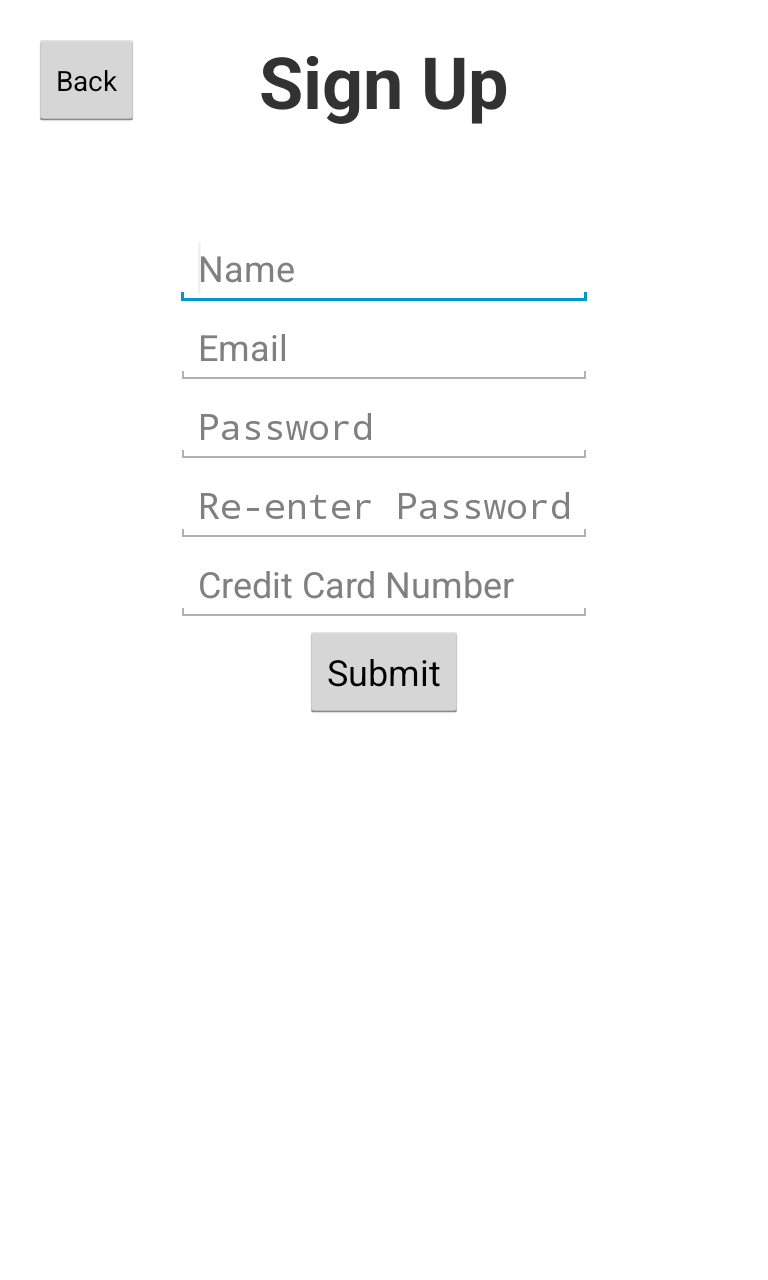
Repository: PotatoBiscuit/Thirstbuster
Layout: MobApp/workspace/DrinkAndGo/res/layout/activity_sign_up.xml
An editor plug-in stored every save of this project. The layout is shown before and after the next save, followed by the edit.
It is drawn on a 768 x 1280 px phone screen (xhdpi) without system bars, with theme AppTheme; the app's code is not run.

Above is the layout before, as saved 2016-04-17 10:37:11.

### MobApp/workspace/DrinkAndGo/res/layout/activity_sign_up.xml
<LinearLayout xmlns:android="http://schemas.android.com/apk/res/android"
    xmlns:tools="http://schemas.android.com/tools"
    android:layout_width="match_parent"
    android:layout_height="match_parent"
    android:gravity="center_horizontal"
    android:orientation="vertical"
    android:paddingBottom="@dimen/activity_vertical_margin"
    android:paddingLeft="@dimen/activity_horizontal_margin"
    android:paddingRight="@dimen/activity_horizontal_margin"
    android:paddingTop="@dimen/activity_vertical_margin"
    tools:context="com.CS477.drinkandgo.activities.SignUpActivity" >

    <RelativeLayout
        android:layout_width="match_parent"
        android:layout_height="wrap_content" >

        <TextView
            android:layout_width="wrap_content"
            android:layout_height="wrap_content"
            android:layout_centerInParent="true"
            android:text="@string/sign_up"
            android:textSize="@dimen/title_size"
            android:textStyle="bold" />

        <Button
            android:id="@+id/backButton"
            style="?android:attr/buttonStyleSmall"
            android:layout_width="wrap_content"
            android:layout_height="wrap_content"
            android:layout_alignParentLeft="true"
            android:layout_alignParentTop="true"
            android:text="@string/back"
            android:onClick="goBack" />

    </RelativeLayout>

    <ScrollView
        android:layout_width="fill_parent"
        android:layout_height="wrap_content">

	    <LinearLayout
	        android:layout_width="match_parent"
	        android:layout_height="wrap_content"
	        android:gravity="center_horizontal"
	        android:orientation="vertical"
	        android:padding="@dimen/title_margin" >

	        <EditText
	            android:id="@+id/name_view"
	            android:layout_width="wrap_content"
	            android:layout_height="wrap_content"
	            android:ems="10"
	            android:hint="@string/name"
	            android:inputType="textPersonName" >

	            <requestFocus />
	        </EditText>

	        <EditText
	            android:id="@+id/email_view"
	            android:layout_width="wrap_content"
	            android:layout_height="wrap_content"
	            android:ems="10"
	            android:hint="@string/email"
	            android:inputType="textEmailAddress" />

	        <EditText
	            android:id="@+id/password_view"
	            android:layout_width="wrap_content"
	            android:layout_height="wrap_content"
	            android:ems="10"
	            android:hint="@string/password"
	            android:inputType="textPassword" />

	        <EditText
	            android:id="@+id/password_view2"
	            android:layout_width="wrap_content"
	            android:layout_height="wrap_content"
	            android:ems="10"
	            android:hint="@string/confirm_password"
	            android:inputType="textPassword" />

	        <EditText
	            android:id="@+id/card_number_view"
	            android:layout_width="wrap_content"
	            android:layout_height="wrap_content"
	            android:ems="10"
	            android:hint="@string/card_number"
	            android:inputType="number" />

	        <Button
	            android:id="@+id/submit_button"
	            android:layout_width="wrap_content"
	            android:layout_height="wrap_content"
	            android:text="@string/submit"
	            android:onClick="performSignUp" />

	    </LinearLayout>
	</ScrollView>

</LinearLayout>

### MobApp/workspace/DrinkAndGo/res/values/dimens.xml
<resources>

    <!-- Default screen margins, per the Android Design guidelines. -->
    <dimen name="activity_horizontal_margin">16dp</dimen>
    <dimen name="activity_vertical_margin">16dp</dimen>
    <dimen name="title_size">72px</dimen>
    <dimen name="button_margin">10dp</dimen>
    <dimen name="title_margin">50dp</dimen>
    <dimen name="title_size2">25dp</dimen>

</resources>

### MobApp/workspace/DrinkAndGo/res/values/strings.xml
<?xml version="1.0" encoding="utf-8"?>
<resources>

    <string name="app_name">DrinkAndGo</string>
    <string name="sign_in">Sign In</string>
    <string name="sign_up">Sign Up</string>
    <string name="title_activity_sign_in">SignInActivity</string>
    <string name="hello_world">Hello world!</string>
    <string name="action_settings">Settings</string>
    <string name="title_activity_sign_up">SignUpActivity</string>
    <string name="username">Username</string>
    <string name="password">Password</string>
    <string name="submit">Submit</string>
    <string name="title_activity_venue_search">VenueSearchActivity</string>
    <string name="name">Name</string>
    <string name="email">Email</string>
    <string name="confirm_password">Re-enter Password</string>
    <string name="card_number">Credit Card Number</string>
    <string name="password_error">Passwords do not match!</string>
    <string name="input_error">All fields must be filled!</string>
    <string name="username_error">Username or password is incorrect!</string>
    <string name="search_venue">Search Venue</string>
    <string name="search">Search</string>
    <string name="select">Select</string>
    <string name="title_activity_menu">MenuActivity</string>
    <string name="back">Back</string>
    <string name="cart">Cart</string>
    <string name="title_activity_cart">CartActivity</string>
    <string name="order">Order</string>

</resources>

Loaded but not shown: MobApp/workspace/DrinkAndGo/res/values/styles.xml (common file); MobApp/workspace/DrinkAndGo/res/values-v11/styles.xml (common file); MobApp/workspace/DrinkAndGo/res/values-v14/styles.xml (common file); MobApp/workspace/DrinkAndGo/res/values-w820dp/dimens.xml (common file)

After the next save:
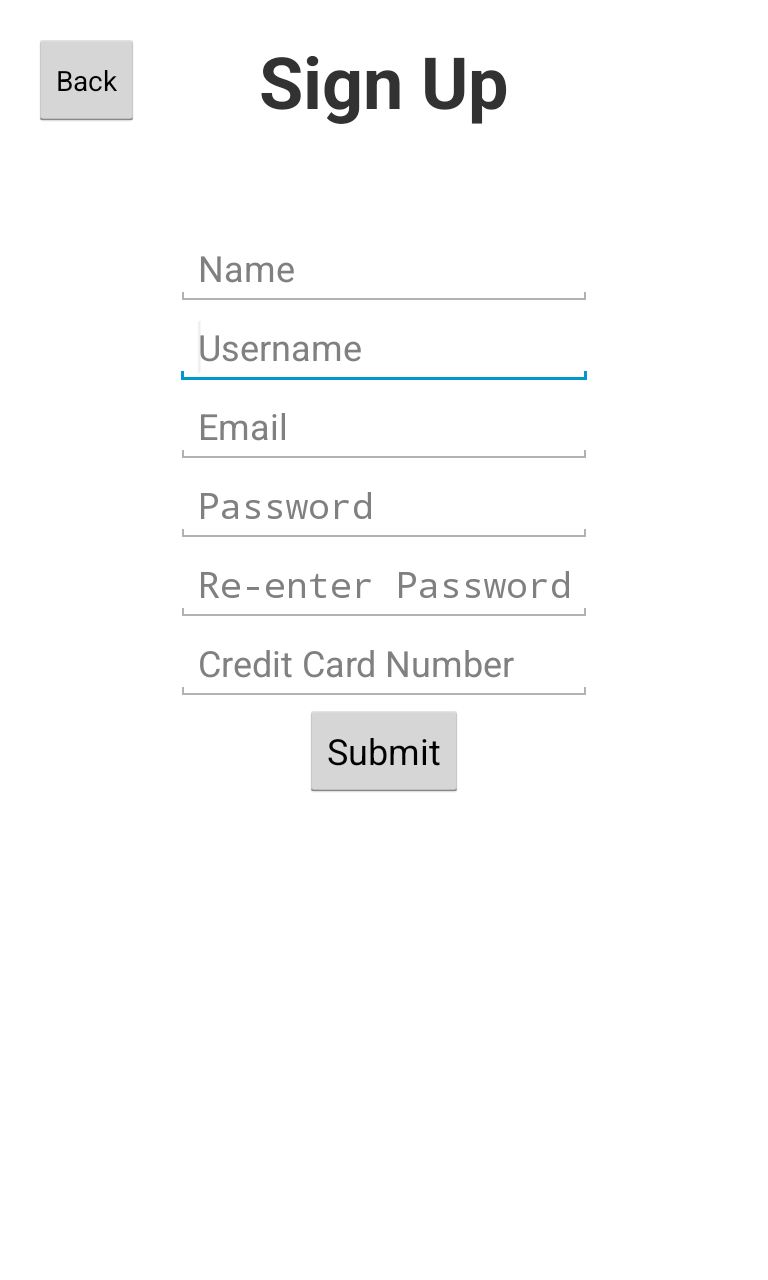
Saved 2 min 1 s later.
--- a/MobApp/workspace/DrinkAndGo/res/layout/activity_sign_up.xml
+++ b/MobApp/workspace/DrinkAndGo/res/layout/activity_sign_up.xml
@@ -46,11 +46,19 @@
 	        android:padding="@dimen/title_margin" >
 
 	        <EditText
-	            android:id="@+id/name_view"
+	            android:id="@+id/EditText01"
 	            android:layout_width="wrap_content"
 	            android:layout_height="wrap_content"
 	            android:ems="10"
 	            android:hint="@string/name"
+	            android:inputType="textPersonName" />
+
+	        <EditText
+	            android:id="@+id/username_view"
+	            android:layout_width="wrap_content"
+	            android:layout_height="wrap_content"
+	            android:ems="10"
+	            android:hint="@string/username"
 	            android:inputType="textPersonName" >
 
 	            <requestFocus />
